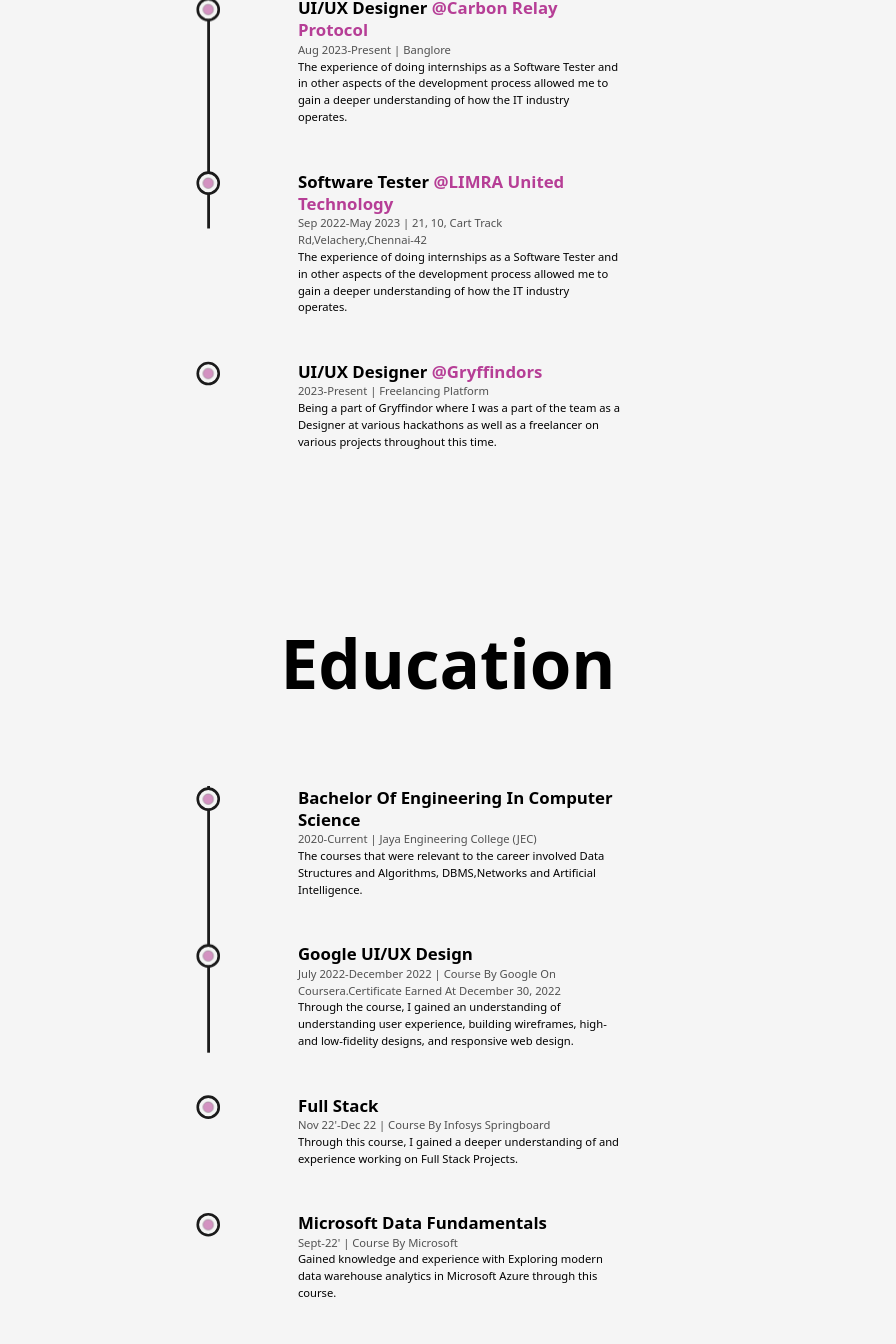
Repository: SMaheshwaran/PP
Page: /about
These files come from the project's save history. The page is drawn as it stood at one moment and after a run of saves; the edit follows.
The browser window is 1280 px wide. The pictures show the part of the page from y = 2447 to 4367 px (the page is 5340 px tall before and 5588 px after), at 70% of full size.
The project was rebuilt for these pictures with package versions that can differ from the ones it lists, and the page was loaded fresh each time. The framework's server and built-in components were replaced by stand-ins that run in the browser. Also part of the build but not shown: next.config.js.

Above is the page before, as saved 2023-11-01 14:12:28.

### src/pages/_app.js
import Footer from '@/components/Footer';
import NavBar from '@/components/NavBar';
import '@/styles/globals.css'
import {Montserrat} from "next/font/google"
import Head from 'next/head'
import {AnimatePresence } from "framer-motion"
import { useRouter } from 'next/router';

const montserrat = Montserrat({
  subsets: ["latin"],
  variable:"--font-mont"
})

export default function App({ Component, pageProps }) {
  const router = useRouter();
  return (
    <>
    < Head>
    <meta name="viewport" content="width=device-width, initial-scale=1" />
    <link rel="icon" href="/favicon.ico" />
    </Head>

    <main className={`${montserrat.variable} font-mont bg-light dark:bg-dark w-full min-h-screen`}>
      <NavBar />
      <AnimatePresence mode="wait">
        <Component key={router.asPath} {...pageProps} />
      </AnimatePresence>
      <Footer />
  </main>
    </>
  );
}

### src/pages/_document.js
import { Html, Head, Main, NextScript } from 'next/document'
import Script from 'next/script'

export default function Document() {
  return (
    <Html lang="en">
      <Head />
      <body>
        <Script id="theme-switcher" strategy='beforeInteractive'>
          {`if (localStorage.theme === 'dark' || (!('theme' in localStorage) && window.matchMedia('(prefers-color-scheme: dark)').matches)) {
  document.documentElement.classList.add('dark')
} else {
  document.documentElement.classList.remove('dark')
}`}
        </Script>
        <Main />
        <NextScript />
      </body>
    </Html>
  )
}

### src/components/Footer.js
import React from 'react'
import Layout from './Layout'
import Link from 'next/link'

const Footer = () => {
  return (
    <footer className='w-full text-lg font-medium border-t-2 border-solid border-dark dark:text-light dark:border-light sm:text-base'>
        <Layout className='flex items-center justify-between py-8 lg:flex-col lg:py-6'>
            <span>{new Date().getFullYear()} &copy; All Rights Reserved.</span>
            <div className='flex items-center lg:py-2'>
                Build With <span className='px-1 text-2xl text-primary dark:text-primaryDark'>&#9825;</span>
            by&nbsp;<Link href="https://instagram.com/__._.mahi._._?igshid=ZDdkNTZiNTM=" target={"_blank"} className='underline underline-offset-2'>Mahesh</Link>
            </div>
            <Link href="https://www.instagram.com/mui_mux/" target={"_blank"} className='underline underline-offset-2'>Ping Me!</Link>
        </Layout>
    </footer>
  )
}

export default Footer

### src/components/AnimatedText.js
import React from 'react'
import {motion } from 'framer-motion'

const quote = {
    initial:{
        opactiy:1,
    },
    animate:{
       opactiy:1,
       transition:{
           delay:0.5,
           staggerChildren: 0.08,

       }
    }
}

const singleWord = {
    initial:{
        opactiy:0,
        y:50,
    },
    animate:{
       opactiy:1,
       y:0,
       transition:{
           duration:1,
       }
    }
}

const AnimatedText = ({text, className=""}) => {
  return (
    <div className='flex items-center justify-center w-full py-2 mx-auto overflow-hidden text-center sm:py-0'>
        <motion.h1 className={`inline-block w-full text-dark font-bold capitalize text-8xl dark:text-light ${className}`}
        variants={quote}
        initial="initial"
        animate="animate"
        >
            {

                text.split(" ").map((word,index) =>
                <motion.span key={word+'-'+index} className="inline-block"
                variants={singleWord}
                >
                    {word}&nbsp;
                </motion.span>
                )
            }
            </motion.h1>
        </div>
  )
}

export default AnimatedText

### src/components/Layout.js
import React from 'react'

const Layout = ({children,className=""}) => {
  return (
    <div className={`w-full h-full inline-block z-0 bg-light p-32 dark:bg-dark xl:p-24 lg:p-16 md:p-12 sm:p-8  ${className}`}>
        {children}
    </div>
  )
}

export default Layout

### src/components/Skills.js
import React from 'react'
import {motion} from "framer-motion"

const Skill = ({name,x,y}) => {

  return(
    <motion.div className='flex items-center justify-center rounded-full font-semibold bg-dark text-light
    py-3 px-6 shadow-dark cursor-pointer absolute dark:text-dark dark:bg-light
    lg:py-2 lg:px-4 md:text-sm md:py-1.5 md:px-3 xs:bg-transparent xs:dark:bg-transparent
    xs:text-dark xs:dark:text-light xs:font-bold
    '
    whileHover={{scale:1.05}}
    initial={{x:0,y:0}}
    whileInView={{ x:x, y:y, transition: {duration:1.5} }}
    viewport={{once:true}}
    >
      {name}
    </motion.div>
  )
}

const Skills = () => {
  return (
    <>
    <h2 className='w-full mt-64 font-bold text-center text-8xl md:text-6xl md:mt-32'>Skills</h2>
    <div className='relative flex items-center justify-center w-full h-screen rounded-full bg-circularLight dark:bg-circularDark
    lg:h-[80vh] sm:h-[60vh] xs:h-[50vh]
    lg:bg-circularLightLg lg:dark:bg-circularDarkLg
    md:bg-circularLightMd md:dark:bg-circularDarkMd
    sm:bg-circularLightSm sm:dark:bg-circularDarkSm
    '>
      <motion.div className='flex items-center justify-center p-8 font-semibold rounded-full cursor-pointer bg-dark text-light shadow-dark dark:text-dark dark:bg-light lg:p-6 md:p-4 xs:text-xs xs:p-2 '
      whileHover={{scale:1.05}}
      >Web
      </motion.div>

      <Skill name="HTML" x="-20vw" y="2vw"/>
      <Skill name="CSS" x="3vw" y="-7vw"/>
      <Skill name="Javascript" x="20vw" y="4vw"/>
      <Skill name="ReactJS" x="-10vw" y="11vw"/>
      <Skill name="NextJS" x="-22vw" y="-15vw"/>
      <Skill name="Web Design" x="32vw" y="-6vw"/>
      <Skill name="Graphic Design" x="15vw" y="-15vw"/>
      <Skill name="Figma" x="-7vw" y="-21vw"/>
      <Skill name="Tailwindcss" x="-29vw" y="18vw"/>
      <Skill name="Adobe XD" x="9vw" y="-24vw"/>



    </div>
    </>
  )
}

export default Skills

### src/components/Experience.js
import {React,useRef } from 'react';
import { motion,useScroll } from "framer-motion"
import LiIcon from './LiIcon';

const Details = ({position,company,companyLink,time,address,work}) =>{
    const ref = useRef(null);


    return (

    <li ref={ref} className="my-8 first:mt-0 last:mb-0 w-[60%] mx-auto flex flex-col items-center justify-between md:w-[80%]">

           <LiIcon reference={ref}/>
            <motion.div
            initial={{y:50}}
            whileInView={{y:0}}
            transition={{duration:0.5,type:"spring"}}
            >
                <h3 className="text-2xl font-bold capitalize sm:text-xl xs:text-lg">{position}&nbsp;<a href={companyLink}
                target="_blank"
                className="capitalize dark:text-primaryDark text-primary"
                >@{company}</a></h3>
                <span className="font-medium capitalize text-dark/75 dark:text-light/75 xs:text-sm">
                   {time} | {address}
                </span>
                <p className="w-full font-medium md:text-sm">
                    {work}
                </p>
            </motion.div>
     </li>
  );
};



const Experience = () => {
    const ref = useRef (null);
    const {scrollYProgress} = useScroll(
        {
            target: ref,
            offset: ["start end", "center start"]

        }
    )
  return (
    <div className="my-64">
     <h2 className="w-full mb-32 font-bold text-center text-8xl md:text-6xl xs:text-4xl md:mb-16">
         Experience
         </h2>

    <div ref={ref}className="w-[75%] mx-auto relative lg:w-[90%] md:w-full">

<motion.div
style={{scaleY: scrollYProgress}}
className="absolute left-10 top-0 w-[4px] h-full bg-dark origin-top dark:bg-light
md:w-[2px] md:left-[35px] xs:left-[33px]
"/>
        <ul className="flex flex-col items-start justify-between w-full ml-4 xs:ml-5">
        <Details
            position="UI/UX Designer"
            company="Carbon Relay Protocol"
            commpanyLink="https://www.linkedin.com/company/limraunited/mycompany/"
            time="Aug 2023-Present"
            address="Banglore"
            work="The experience of doing internships as a Software Tester and in other aspects of the development process allowed me to gain a deeper understanding of how the IT industry operates."
            />

            <Details
            position="Software Tester"
            company="LIMRA United Technology"
            commpanyLink="https://www.linkedin.com/company/limraunited/mycompany/"
            time="Sep 2022-May 2023"
            address="21, 10, Cart Track Rd,Velachery,Chennai-42"
            work="The experience of doing internships as a Software Tester and in other aspects of the development process allowed me to gain a deeper understanding of how the IT industry operates."
            />

<Details
            position="UI/UX Designer"
            company="Gryffindors"
            commpanyLink="https://gryffindors.vercel.app/"
            time="2023-Present"
            address="Freelancing Platform"
            work="Being a part of Gryffindor where I was a part of the team as a Designer at various hackathons as well as a freelancer on various projects throughout this time."
            />




        </ul>

        </div>

    </div>
  )
}

export default Experience

### src/components/Education.js
import {React,useRef } from 'react';
import { motion,useScroll } from "framer-motion"
import LiIcon from './LiIcon';

const Details = ({type,time,place,info}) =>{
    const ref = useRef(null);


    return (

    <li ref={ref} className="my-8 first:mt-0 last:mb-0 w-[60%] mx-auto flex flex-col items-center justify-between md:w-[80%]">

           <LiIcon reference={ref}/>
            <motion.div
            initial={{y:50}}
            whileInView={{y:0}}
            transition={{duration:0.5,type:"spring"}}
            >
                <h3 className="text-2xl font-bold capitalize sm:text-xl xs:text-lg">
                    {type}
                </h3>
                <span className="font-medium capitalize text-dark/75 dark:text-light/75 xs:text-sm">
                   {time} | {place}
                </span>
                <p className="w-full font-medium md:text-sm">
                    {info}
                </p>
            </motion.div>
     </li>
  );
};



const Education = () => {
    const ref = useRef (null);
    const {scrollYProgress} = useScroll(
        {
            target: ref,
            offset: ["start end", "center start"]

        }
    )
  return (
    <div className="my-64">
     <h2 className="w-full mb-32 font-bold text-center text-8xl md:text-6xl xs:text-4xl md:mb-16">
     Education
         </h2>

    <div ref={ref}className="w-[75%] mx-auto relative lg:w-[90%] md:w-full">

<motion.div
style={{scaleY: scrollYProgress}}
className="absolute left-10 top-0 w-[4px] h-full bg-dark origin-top bg-dark origin-top dark:bg-light
md:w-[2px] md:left-[35px] xs:left-[33px]"/>
        <ul className="flex flex-col items-start justify-between w-full ml-4 xs:ml-5">
            <Details
            type="Bachelor Of Engineering In Computer Science"
            time="2020-Current"
            place="Jaya Engineering College (JEC)"
            info=" The courses that were relevant to the career involved Data Structures and Algorithms, DBMS,Networks and Artificial Intelligence."
            />
            <Details
            type="Google UI/UX Design"
            time="July 2022-December 2022"
            place="Course By Google on Coursera.Certificate earned at December 30, 2022  "
            info="Through the course, I gained an understanding of understanding user experience, building wireframes, high- and low-fidelity designs, and responsive web design."
            />
             <Details
            type="Full Stack"
            time="Nov 22'-Dec 22"
            place="Course By Infosys Springboard"
            info="Through this course, I gained a deeper understanding of and experience working on Full Stack Projects."
            />
            <Details
            type="Microsoft Data Fundamentals"
            time="Sept-22'"
            place="Course By Microsoft"
            info="Gained knowledge and experience with Exploring
            modern data warehouse analytics in Microsoft Azure through this course."
            />
              <Details
            type="CAD Modeling"
            time="Sept-22'"
            place="Course By Bentley Institute"
            info="Through this training, I have have acquired skills and knowledge that helps in 2D/3D CAD Modeling of Building Design"
            />
            <Details
            type="Robotics Automation Process"
            time="Oct-22'"
            place="Course By Automation Anywhere"
            info="Through this training, I have have acquired skills and knowledge that allows
             to continue my journey to Robotics Process Automation success."
            />
            <Details
            type="Python"
            time="Jan-2019'"
            place="Course By University Of Michigan"
            info="An online non-credit course authorized by University of Michigan and offered through
            Coursera on PYTHON"
            />
        </ul>

        </div>

    </div>
  )
}

export default Education

### src/components/TransitionEffect.js
import React from 'react'
import { motion } from 'framer-motion'

const TransitionEffect = () => {
  return (
    <>
    <motion.div className='fixed top-0 bottom-0 z-30 w-screen h-screen right-full bg-blue'
    initial={{x:"100%",width:"100"}}
    animate={{x:"0%",width:"0"}}
    exit={{x:["0%","100%"],width:["0%","100%"]}}
    transition={{duration:0.8,ease:"easeInOut"}}
    />
    <motion.div className='fixed top-0 bottom-0 z-20 w-screen h-screen right-full bg-light'
    initial={{x:"100%",width:"100"}}
    animate={{x:"0%",width:"0"}}
    transition={{delay:0.2,duration:0.8,ease:"easeInOut"}}
    />
    <motion.div className='fixed top-0 bottom-0 z-10 w-screen h-screen right-full bg-dark'
    initial={{x:"100%",width:"100"}}
    animate={{x:"0%",width:"0"}}
    transition={{delay:0.4,duration:0.8,ease:"easeInOut"}}
    />
    </>
  )
}

export default TransitionEffect

### src/components/BackToTop.js
import React, { useState, useEffect } from 'react';
import { BsArrowUpCircleFill } from "react-icons/bs";

const BackToTop = () => {
  const [showButton, setShowButton] = useState(false);

  useEffect(() => {
    const handleScroll = () => {
      const currentPosition = window.pageYOffset;
      if (currentPosition > 200) {
        setShowButton(true);
      } else {
        setShowButton(false);
      }
    };
    window.addEventListener('scroll', handleScroll);
    return () => {
      window.removeEventListener('scroll', handleScroll);
    };
  }, []);

  const handleClick = () => {
    window.scrollTo({
      top: 0,
      behavior: 'smooth',
    });
  };

  return (
    <>
      {showButton && (
        <div
          className="fixed z-50 bottom-4 right-4"
          onClick={handleClick}
          role="button"
          aria-label="Back to top"
        >
          <BsArrowUpCircleFill className="text-4xl border border-transparent border-solid rounded-full text-dark bg-dark text-light dark:border-light" />
        </div>
      )}
    </>
  );
};

export default BackToTop;

### src/components/logo.js
import Link from 'next/link'
import React from 'react'
import {motion}  from "framer-motion";

const MotionLink = motion(Link);

const logo = () => {
  return (
    <div className='flex items-center mt-2 justify-centre'>
        <MotionLink href="/"
            className='flex items-center justify-center w-16 h-16 text-2xl font-bold border border-transparent border-solid rounded-full bg-dark text-light dark:border-light'
            whileHover={{
                backgroundColor:["#121212", "rgba(131,58,180,1)","rgba(253,29,29,1)","rgba(252,176,69,1)","rgba(131,58,180,1)", "#121212"],
                transition:{duration:1, repeat: Infinity}
            }}

            >M</MotionLink>
        </div>
  )
}

export default logo

### src/components/hooks/useThemeSwitcher.js
import React, {useEffect, useState} from 'react'

const useThemeSwitcher = () => {

    const preferDarkQuery = "(prefer-color-scheme: dark)";
    const [mode,setMode] = useState("");

    useEffect(() => {
        const mediaQuery = window.matchMedia(preferDarkQuery);
        const userPref = window.localStorage.getItem("theme");

        const handleChange = () => {
            if(userPref){
                let check = userPref == "dark" ? "dark" : "light";
                setMode(check);
                if(check=="dark"){
                    document.documentElement.classList.add("dark")
                }else{
                    document.documentElement.classList.remove("dark")
                }
            }else{
                let check = mediaQuery.matches ? "dark" : "light";
                setMode(check);
                if(check=="dark"){
                    document.documentElement.classList.add("dark")
                }else{
                    document.documentElement.classList.remove("dark")
                }
            }
        }

        handleChange();

        mediaQuery.addEventListener("change",handleChange)

         return () => mediaQuery.removeEventListener("change",handleChange)
    }, [])

    useEffect(() => {
        if(mode === "dark"){
            window.localStorage.setItem("theme","dark");
            document.documentElement.classList.add("dark")
        }

        if(mode === "light"){
            window.localStorage.setItem("theme","light");
            document.documentElement.classList.remove("dark")
        }
    }, [mode])

  return [mode, setMode]
}

export default useThemeSwitcher

### src/components/LiIcon.js
import React from 'react'
import { motion,useScroll } from 'framer-motion'

const LiIcon = ({reference}) => {

  const {scrollYProgress} = useScroll(
      {
          target: reference,
          offset: ["center end", "center center"]

      }
  )

  return (
    <figure className='absolute left-1 stroke-dark dark:stroke-light'>
      <svg className='-rotate-90 md:w-[60px] md:h-[60px] xs:h-[40px]' width="75" height="75" viewBox='0 0 100 100' >
        <circle cx="75" cy="50" r="20" className='stroke-1 stroke-primary dark:stroke-primaryDark fill-none'/>
        <motion.circle cx="75" cy="50" r="20" className='stroke-[5px] fill-light dark:fill-dark'
        style={{
          pathLength : scrollYProgress
        }}
        />

        <circle cx="75" cy="50" r="10" className='stroke-1 animate-pulse fill-primary dark:fill-primaryDark'/>

      </svg>
    </figure>
  )
}

export default LiIcon

### tailwind.config.js
/** @type {import('tailwindcss').Config} */

const { fontFamily } = require('tailwindcss/defaultTheme')



module.exports = {
  content: [
    // Or if using `src` directory:
    "./src/**/*.{js,ts,jsx,tsx}",
  ],
  darkMode: 'class',
  theme: {
    extend: {
      fontFamily: {
        mont: ['var(--font-inter)', ...fontFamily.sans],
      },
      colors:{
        dark: "#1b1b1b",
        light: "#f5f5f5",
        blue:  "#000336",
        primary: "#B63E96", // 240,86,199
        primaryDark: "#58E6D9", // 80,230,217
        wlight:	"#8B0000",
        wDark:"DC143C"

      },
      animation:{
        'spin-slow': 'spin 8s linear infinite',
      },
      backgroundImage:{
        circularLight:
        "repeating-radial-gradient(rgba(0,0,0,0.4) 2px,#f5f5f5 5px,#f5f5f5 100px)",

    circularDark:
        "repeating-radial-gradient(rgba(255,255,255,0.5) 2px,#1b1b1b 8px,#1b1b1b 100px)",

    circularLightLg:
        "repeating-radial-gradient(rgba(0,0,0,0.4) 2px,#f5f5f5 5px,#f5f5f5 80px)",

    circularDarkLg:
        "repeating-radial-gradient(rgba(255,255,255,0.5) 2px,#1b1b1b 8px,#1b1b1b 80px)",

    circularLightMd:
        "repeating-radial-gradient(rgba(0,0,0,0.4) 2px,#f5f5f5 5px,#f5f5f5 60px)",

    circularDarkMd:
        "repeating-radial-gradient(rgba(255,255,255,0.5) 2px,#1b1b1b 6px,#1b1b1b 60px)",

    circularLightSm:
        "repeating-radial-gradient(rgba(0,0,0,0.4) 2px,#f5f5f5 5px,#f5f5f5 40px)",

    circularDarkSm:
        "repeating-radial-gradient(rgba(255,255,255,0.5) 2px,#1b1b1b 4px,#1b1b1b 40px)",
      }
    },
    screens: {
      "2xl": { max: "1535px" },
      // => @media (max-width: 1535px) { ... }

      xl: { max: "1279px" },
      // => @media (max-width: 1279px) { ... }

      lg: { max: "1023px" },
      // => @media (max-width: 1023px) { ... }

      md: { max: "767px" },
      // => @media (max-width: 767px) { ... }

      sm: { max: "639px" },
      // => @media (max-width: 639px) { ... }

      xs: { max: "479px" },
      // => @media (max-width: 479px) { ... }
  },
  },
 plugins: [],
}

Loaded but not shown: src/styles/globals.css (common file); src/components/icon.js (468 lines, source omitted); src/components/NavBar.js (220 lines, source omitted); src/pages/about.js (110 lines, source omitted)

After the next 3 saves:
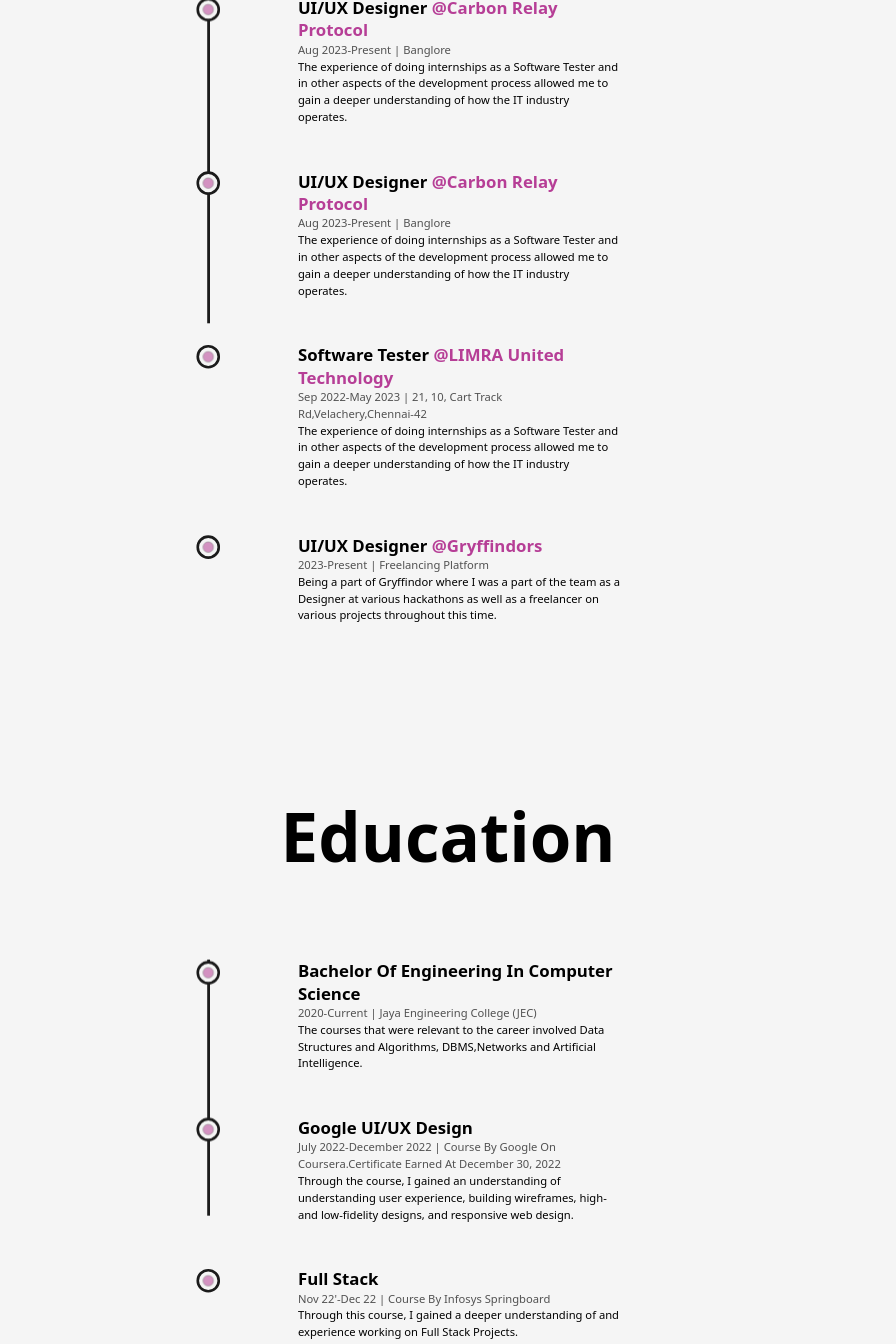
The 3 saves are shown as one change because they came seconds apart.
The last was saved 28 s later.
--- a/src/components/Experience.js
+++ b/src/components/Experience.js
@@ -65,6 +65,15 @@ md:w-[2px] md:left-[35px] xs:left-[33px]
             work="The experience of doing internships as a Software Tester and in other aspects of the development process allowed me to gain a deeper understanding of how the IT industry operates."
             />
 
+        <Details
+            position="UI/UX Designer"
+            company="Carbon Relay Protocol"
+            commpanyLink="https://www.linkedin.com/company/limraunited/mycompany/"
+            time="Aug 2023-Present"
+            address="Banglore"
+            work="The experience of doing internships as a Software Tester and in other aspects of the development process allowed me to gain a deeper understanding of how the IT industry operates."
+            />
+
             <Details
             position="Software Tester"
             company="LIMRA United Technology"
